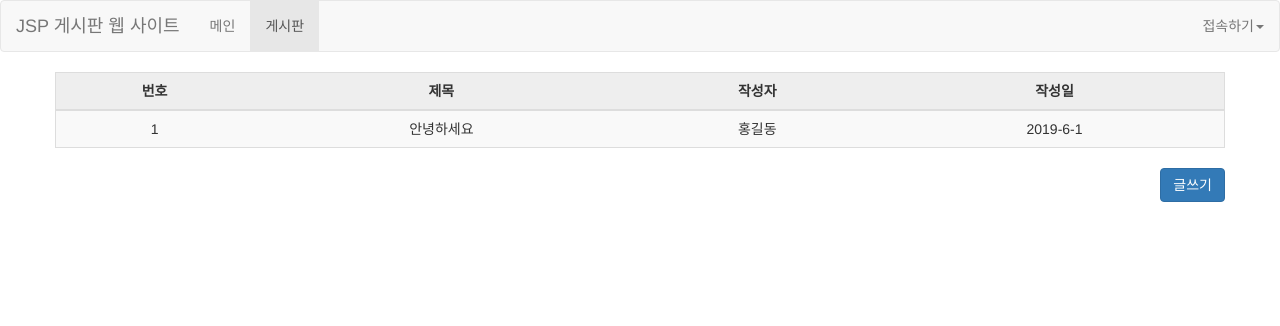
Repository: qqqkjh/JSP
Page: http://localhost/BBS/view.jsp
These files come from the project's save history. The page is drawn as it stood at one moment and after the next save; the edit follows.
The browser window is 1280 px wide. The pictures show the whole page.
Some web libraries are served in a nearby version. The page is served by Tomcat 9.

Above is the page before, as saved 2020-01-11 06:39:38.

After the next save:
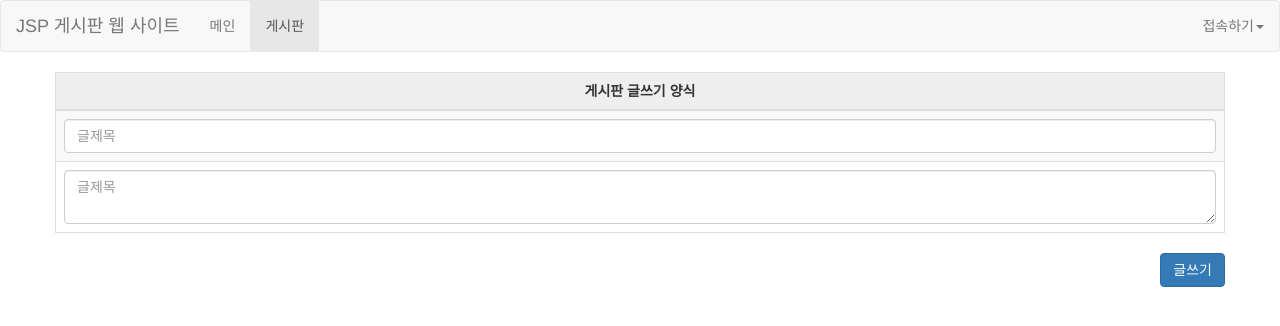
Saved 8 min 25 s later.
--- a/projects/BBS/WebContent/view.jsp
+++ b/projects/BBS/WebContent/view.jsp
@@ -69,25 +69,28 @@
 	</nav>
 	<div class="container">
 		<div class ="row">
-			<table class = "table table-striped" style="text-align: center; border: 1px solid #dddddd">
+		<form method="post" action="writeAction.jsp">
+		<table class = "table table-striped" style="text-align: center; border: 1px solid #dddddd">
 				<thead>
 					<tr>
-						<th style = "background-color: #eeeeee; text-align: center;">번호</th>
-						<th style = "background-color: #eeeeee; text-align: center;">제목</th>
-						<th style = "background-color: #eeeeee; text-align: center;">작성자</th>
-						<th style = "background-color: #eeeeee; text-align: center;">작성일</th>
+						<th colspan="2" style = "background-color: #eeeeee; text-align: center;">게시판 글쓰기 양식</th>
+
 					</tr>
 				</thead>
 				<tbody>
 				<tr>
-					<td>1</td>
-					<td>안녕하세요</td>
-					<td>홍길동</td>
-					<td>2019-6-1</td>
+					<td><input type="text" class="form-control" placeholder="글제목" name="bbsTitle" maxlength="50"></td>
+				</tr>
+				<tr>
+					<td><textarea class="form-control" placeholder="글제목" name="bbsContent" maxlength="2048" style="heigth: 350px;"></textarea></td>
 				</tr>
 				</tbody>
+
 				</table>
-				<a href = "write.jsp" class="btn btn-primary pull-right">글쓰기</a>
+			<input type="submit" class="btn btn-primary pull-right" value="글쓰기">
+		</form>
+
+
 
 		</div>
 	</div>
